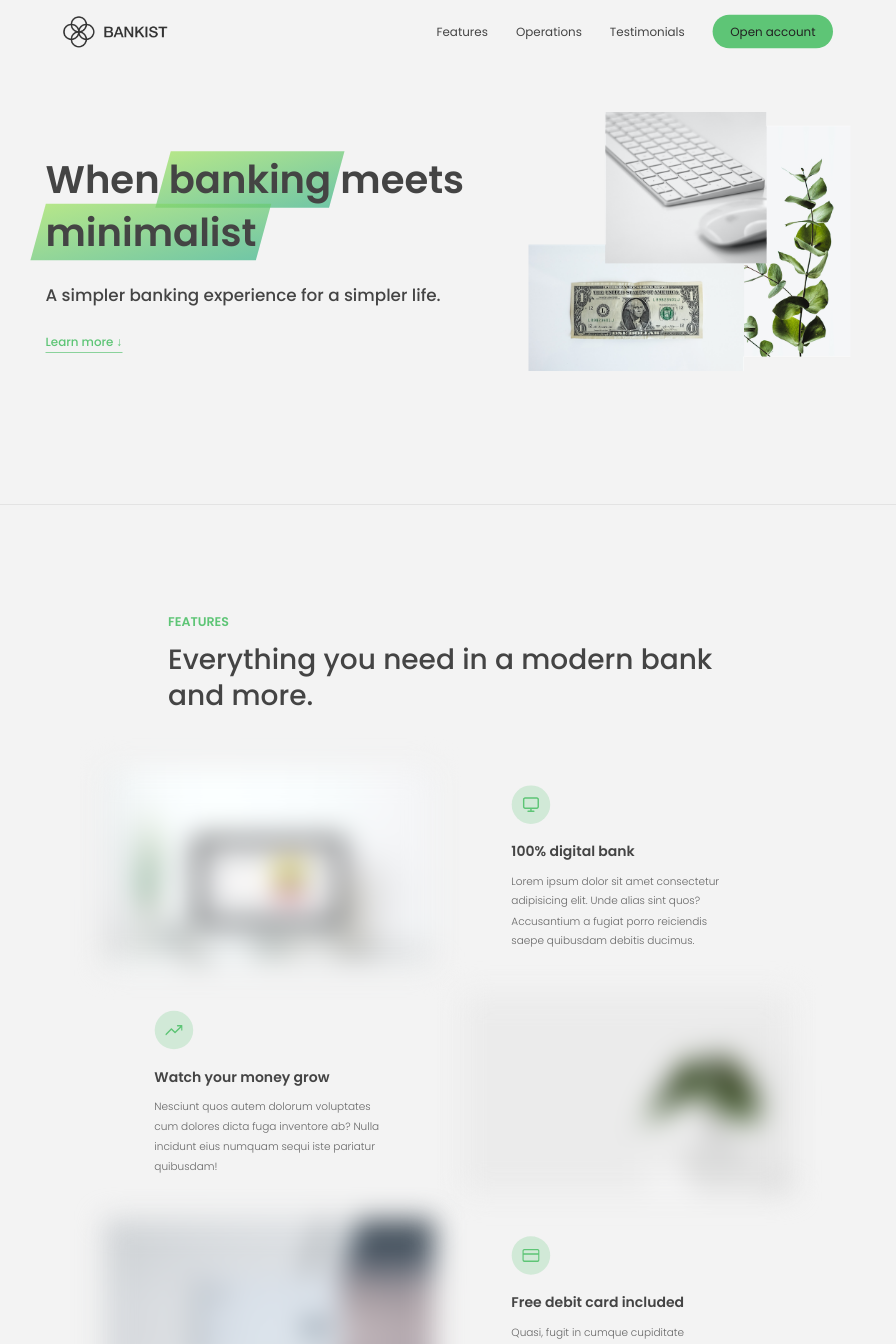
Repository: jiahow99/Javascript-Dom-Udemy
Page: index.html
The author's editor kept a copy of each file at every save. The page is drawn from the files as they stood at one save, then again after the next save.
The browser window is 1280 px wide. The pictures show the part of the page from y = 0 to 1920 px (the page is 4881 px tall), at 70% of full size.
The pointer rests on the first visible `.nav`.

Above is the page before, as saved 2023-02-01 01:08:17.

After the next save:
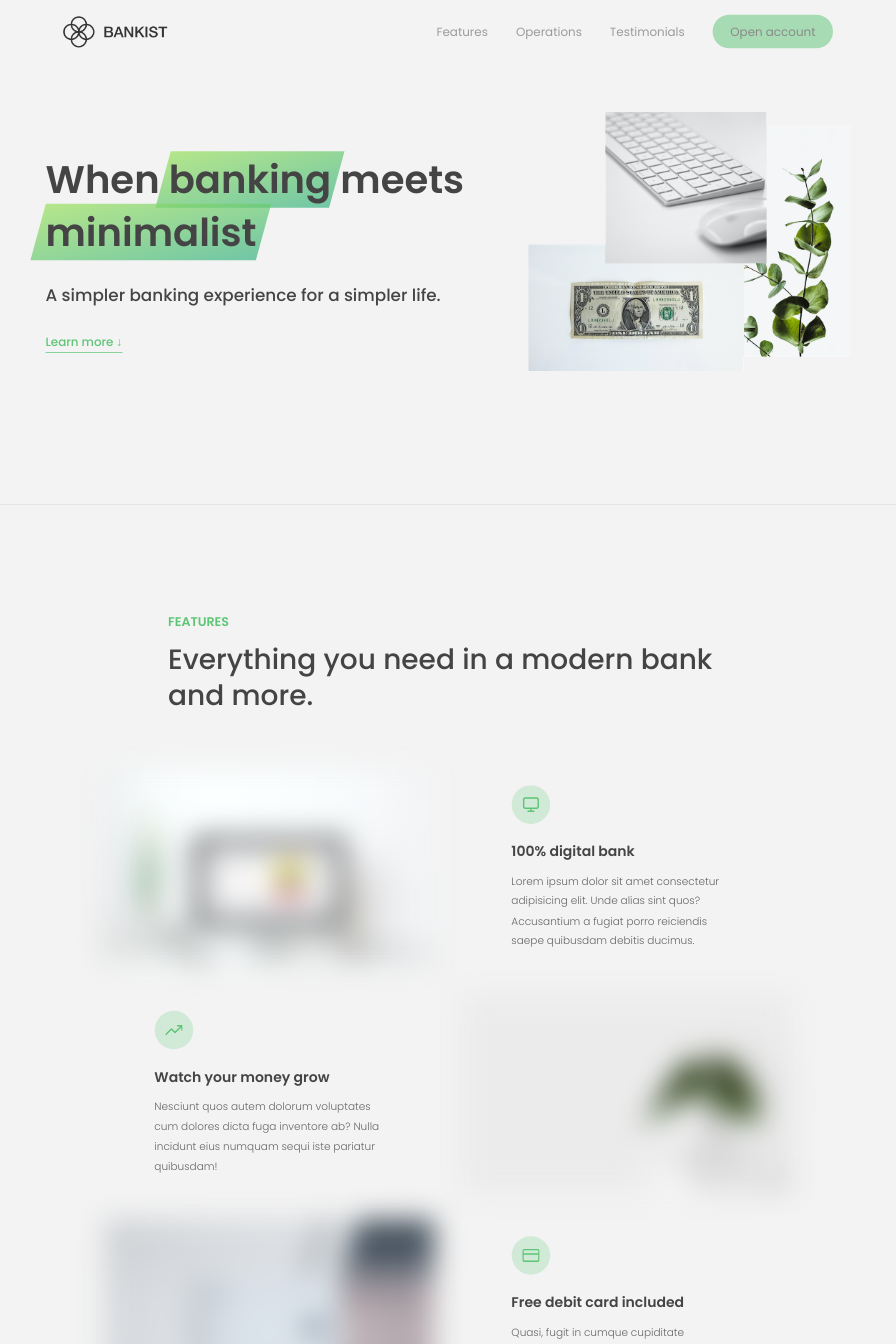
Saved 7 s later.
--- a/style.css
+++ b/style.css
@@ -124,7 +124,7 @@
   z-index: 100;
 }
 
-.nav:hover .nav__item a :not(.btn-open-acc){
+.nav:hover .nav__item a {
   opacity: 0.5;
 }
 
